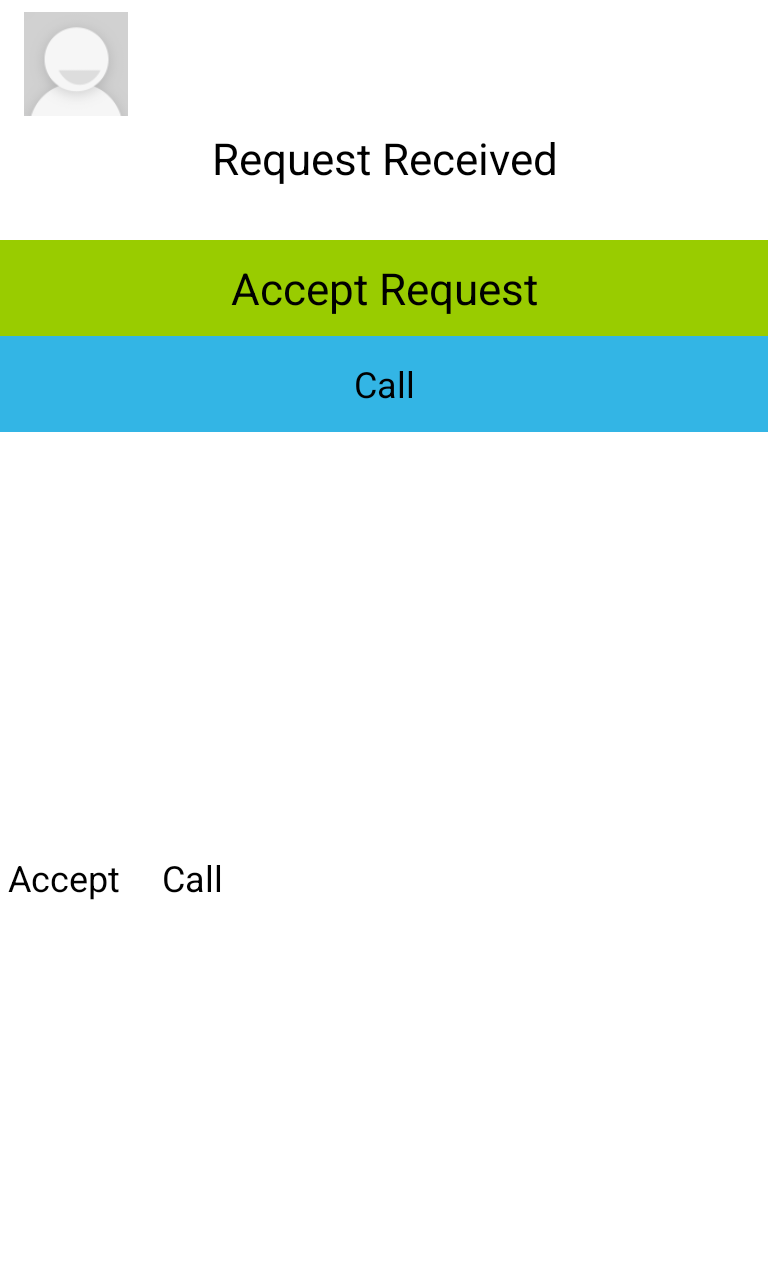
Repository: srivast6/SafeWalk
Layout: android/SafeWalk/res/layout/tryout.xml
The author's editor kept a copy of each file at every save. The layout is drawn from the files as they stood at one save, then again after the next save.
It is drawn on a 768 x 1280 px phone screen (xhdpi) without system bars, with theme android:Theme.Holo.Light; the app's code is not run.

Above is the layout before, as saved 2013-11-20 16:26:53.

### android/SafeWalk/res/layout/tryout.xml
<?xml version="1.0" encoding="utf-8"?>
<RelativeLayout xmlns:android="http://schemas.android.com/apk/res/android"
    android:layout_width="match_parent"
    android:layout_height="match_parent" >

    <RelativeLayout
        android:id="@+id/rltveLayout1"
        android:layout_width="fill_parent"
        android:layout_height="?android:attr/listPreferredItemHeight"
        android:padding="6dip" >

        <ImageView
            android:id="@+id/icon"
            android:layout_width="wrap_content"
            android:layout_height="fill_parent"
            android:layout_alignParentLeft="true"
            android:src="@drawable/ic_contact_picture" />
    </RelativeLayout>

    <RelativeLayout
        android:id="@+id/rltveLayout2"
        android:layout_width="match_parent"
        android:layout_height="wrap_content"
        android:layout_alignParentLeft="true"
        android:layout_alignParentRight="true"
        android:layout_below="@id/rltveLayout1"
        android:orientation="vertical" >

        <TextView
            android:id="@+id/tV_RqstResvd"
            android:layout_width="match_parent"
            android:layout_height="wrap_content"
            android:layout_alignParentTop="true"
            android:gravity="center"
            android:text="Request Received"
            android:textAppearance="?android:attr/textAppearanceLarge" />

        <Button
            android:id="@+id/AcceptButton"
            android:layout_width="match_parent"
            android:layout_height="wrap_content"
            android:layout_alignTop="@id/tV_RqstResvd"
            android:layout_below="@id/tV_RqstResvd"
            android:layout_marginTop="56dp"
            android:background="@android:color/holo_green_light"
            android:gravity="center"
            android:text="Accept Request"
            android:textSize="22dp" />
    </RelativeLayout>

    <RelativeLayout
        android:id="@+id/rltveLayout3"
        style="?android:attr/buttonBarStyle"
        android:layout_width="wrap_content"
        android:layout_height="wrap_content"
        android:layout_alignParentBottom="true"
        android:layout_alignTop="@+id/linearLayout3"
        android:layout_below="@id/rltveLayout2"
        android:orientation="horizontal" >

        <Button
            android:id="@+id/callButton"
            android:layout_width="120dp"
            android:layout_height="wrap_content"
            android:layout_alignParentLeft="true"
            android:layout_alignParentRight="true"
            android:layout_marginBottom="22dp"
            android:layout_weight="0"
            android:background="@android:color/holo_blue_light"
            android:orientation="horizontal"
            android:text="Call" />

        <Button
            android:id="@+id/btn_callSafewalk"
            style="?android:attr/buttonBarButtonStyle"
            android:layout_width="wrap_content"
            android:layout_height="fill_parent"
            android:layout_below="@id/callButton"
            android:text="Accept" />

        <Button
            android:id="@+id/btn_callPolice"
            style="?android:attr/buttonBarButtonStyle"
            android:layout_width="wrap_content"
            android:layout_height="fill_parent"
            android:layout_below="@id/callButton"
            android:layout_toRightOf="@id/btn_callSafewalk"
            android:text="Call" />
    </RelativeLayout>

</RelativeLayout>

After the next save:
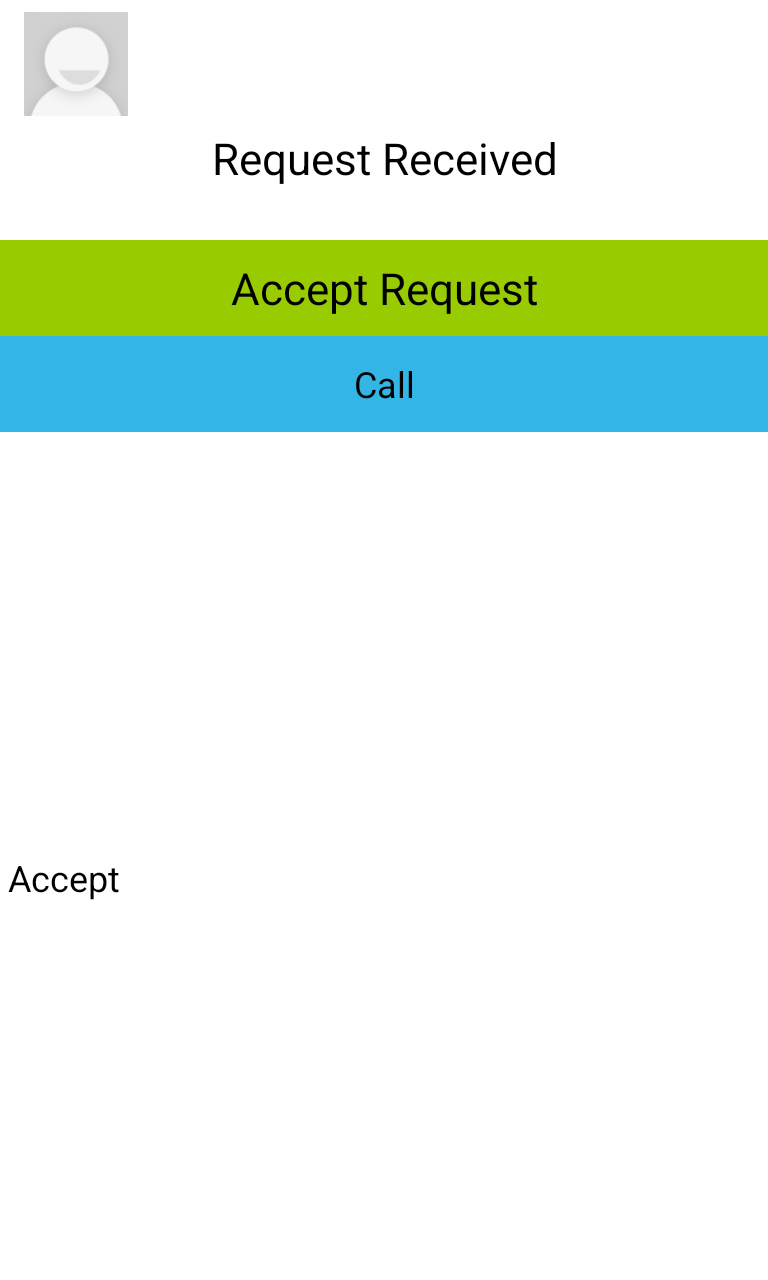
Saved 85 s later.
--- a/android/SafeWalk/res/layout/tryout.xml
+++ b/android/SafeWalk/res/layout/tryout.xml
@@ -81,11 +81,12 @@
         <Button
             android:id="@+id/btn_callPolice"
             style="?android:attr/buttonBarButtonStyle"
-            android:layout_width="wrap_content"
-            android:layout_height="fill_parent"
+            android:layout_width="100dp"
+
+            android:layout_alignParentRight="true"
             android:layout_below="@id/callButton"
-            android:layout_toRightOf="@id/btn_callSafewalk"
             android:text="Call" />
+
     </RelativeLayout>
 
 </RelativeLayout>
